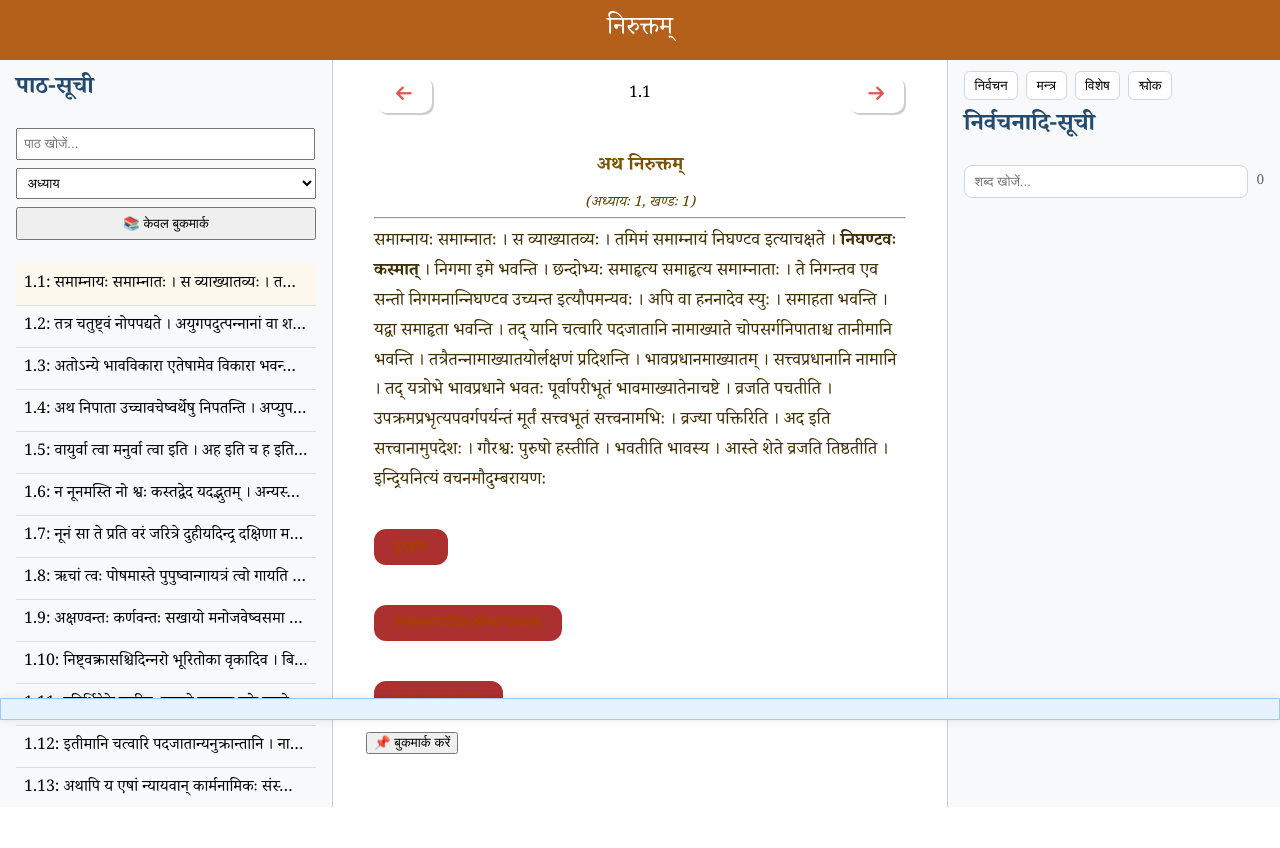
Repository: sanskritsphere/Niruktam
Page: index.html
The author's editor kept a copy of each file at every save. The page is drawn from the files as they stood at one save, then again after the next save.
The browser window is 1280 px wide. The pictures show the whole page.
Some web fonts or font styles are not loaded; a fallback is used.

Above is the page before, as saved 2025-12-04 10:47:09.

After the next save:
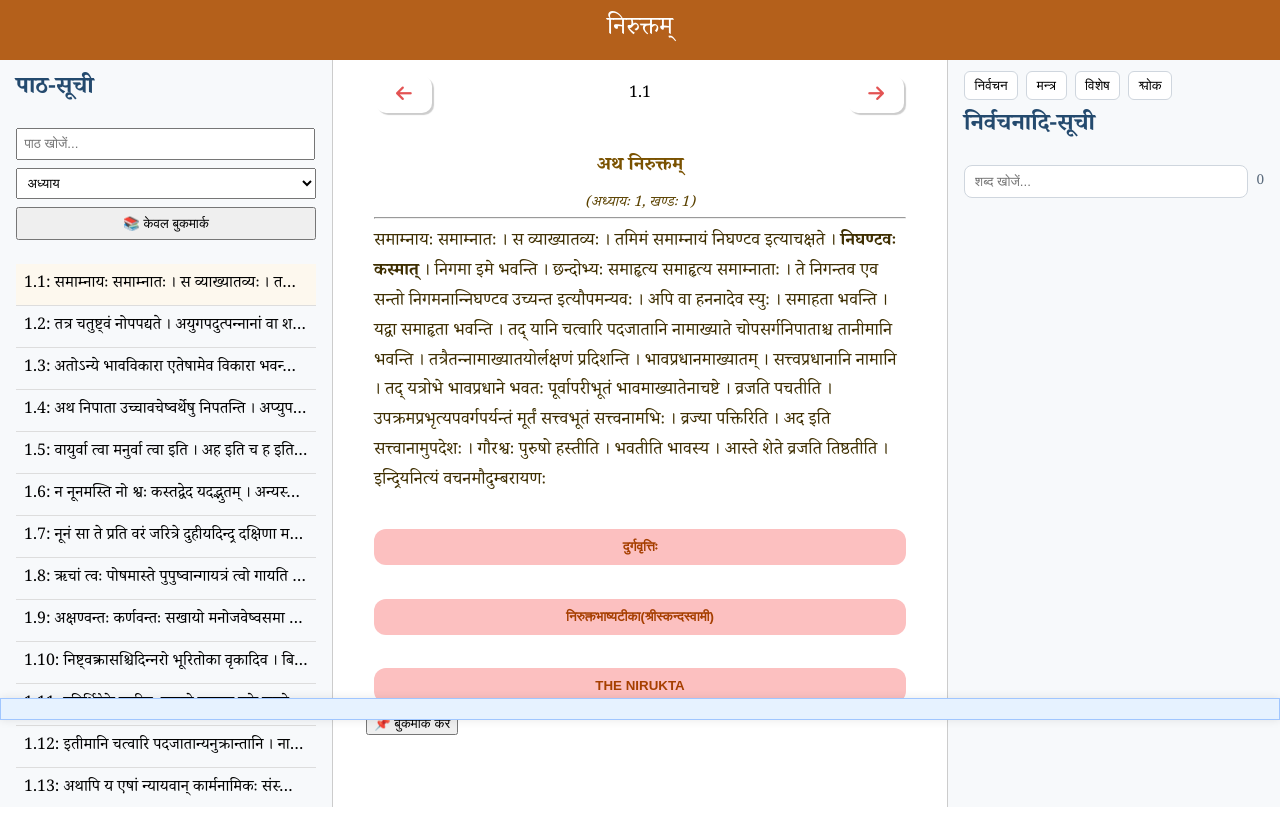
Saved 3 min 16 s later.
--- a/style.css
+++ b/style.css
@@ -204,15 +204,16 @@ main{
 }
 .toggle-content { display: none; margin-top: 0.5rem; border-radius: 6px; background: bottom; }
 .toggle-btn {
-  background-color: #ad3030;
+  background-color: #fcc0c0;
   color: #a63f00;
   border: none;
   border-radius: 12px;
   padding: 10px 20px;
   font-weight: bold;
   cursor: pointer;
-  margin-bottom: 0.5rem;
-  display: inline-block;
+  margin-bottom: 0.1rem;
+  display: block;
+  width: 100%;
   transition: background-color 0.9s ease;
 }
 #tipsBox {
